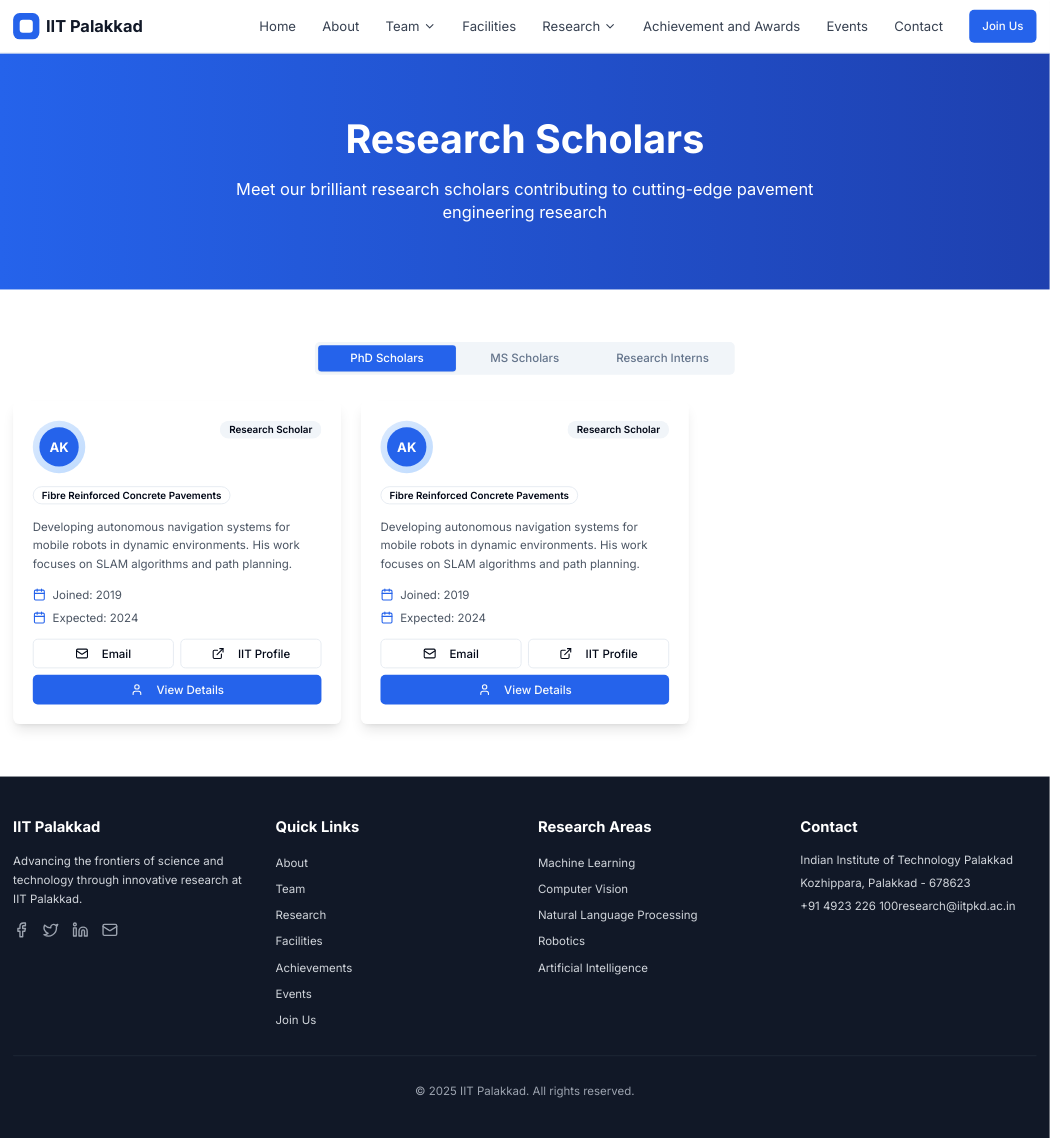
Repository: Gopikrish-30/ARISE
Page: /team/scholars
The author's editor kept a copy of each file at every save. The page is drawn from the files as they stood at one save, then again after a run of saves.
The browser window is 1280 px wide. The pictures show the whole page, at 82% of full size.
The project was rebuilt for these pictures with package versions that can differ from the ones it lists, and the page was loaded fresh each time. The framework's server and built-in components were replaced by stand-ins that run in the browser. Also part of the build but not shown: next.config.mjs, components/ui/dialog.tsx.

Above is the page before, as saved 2025-06-22 23:55:33.

### app/layout.tsx
import type React from "react"
import type { Metadata } from "next"
import { Inter } from "next/font/google"
import "./globals.css"
import { Navbar } from "@/components/navbar"
import { Footer } from "@/components/footer"

const inter = Inter({ subsets: ["latin"] })

export const metadata: Metadata = {
  title: "IIT Palakkad - Department Showcase",
  description: "Advancing the frontiers of science and technology through innovative research at IIT Palakkad",
}

export default function RootLayout({
  children,
}: {
  children: React.ReactNode
}) {
  return (
    <html lang="en">
      <body className={inter.className}>
        <Navbar />
        <main className="min-h-screen">{children}</main>
        <Footer />
      </body>
    </html>
  )
}

### app/team/scholars/page.tsx
import { ResearchScholarsGrid } from "@/components/research-scholars-grid"

export default function ScholarsPage() {
  return (
    <div className="bg-white min-h-screen">
      {/* Hero Section */}
      <section className="bg-gradient-to-r from-blue-600 to-blue-800 text-white py-20">
        <div className="container mx-auto px-4 text-center">
          <h1 className="text-4xl md:text-5xl font-bold mb-6">Research Scholars</h1>
          <p className="text-xl max-w-3xl mx-auto">
            Meet our brilliant research scholars contributing to cutting-edge pavement engineering research
          </p>
        </div>
      </section>

      {/* Scholars Content */}
      <section className="py-16">
        <div className="container mx-auto px-4">
          <ResearchScholarsGrid />
        </div>
      </section>
    </div>
  )
}

### app/globals.css
@tailwind base;
@tailwind components;
@tailwind utilities;

@layer base {
  :root {
    --background: 0 0% 100%;
    --foreground: 222.2 84% 4.9%;
    --card: 0 0% 100%;
    --card-foreground: 222.2 84% 4.9%;
    --popover: 0 0% 100%;
    --popover-foreground: 222.2 84% 4.9%;
    --primary: 221.2 83.2% 53.3%;
    --primary-foreground: 210 40% 98%;
    --secondary: 210 40% 96%;
    --secondary-foreground: 222.2 84% 4.9%;
    --muted: 210 40% 96%;
    --muted-foreground: 215.4 16.3% 46.9%;
    --accent: 210 40% 96%;
    --accent-foreground: 222.2 84% 4.9%;
    --destructive: 0 84.2% 60.2%;
    --destructive-foreground: 210 40% 98%;
    --border: 214.3 31.8% 91.4%;
    --input: 214.3 31.8% 91.4%;
    --ring: 221.2 83.2% 53.3%;
    --radius: 0.5rem;
  }

  .dark {
    --background: 222.2 84% 4.9%;
    --foreground: 210 40% 98%;
    --card: 222.2 84% 4.9%;
    --card-foreground: 210 40% 98%;
    --popover: 222.2 84% 4.9%;
    --popover-foreground: 210 40% 98%;
    --primary: 217.2 91.2% 59.8%;
    --primary-foreground: 222.2 84% 4.9%;
    --secondary: 217.2 32.6% 17.5%;
    --secondary-foreground: 210 40% 98%;
    --muted: 217.2 32.6% 17.5%;
    --muted-foreground: 215 20.2% 65.1%;
    --accent: 217.2 32.6% 17.5%;
    --accent-foreground: 210 40% 98%;
    --destructive: 0 62.8% 30.6%;
    --destructive-foreground: 210 40% 98%;
    --border: 217.2 32.6% 17.5%;
    --input: 217.2 32.6% 17.5%;
    --ring: 224.3 76.3% 94.1%;
  }
}

@layer base {
  * {
    @apply border-border;
  }
  body {
    @apply bg-background text-foreground;
  }
}

@layer utilities {
  .line-clamp-3 {
    display: -webkit-box;
    -webkit-line-clamp: 3;
    -webkit-box-orient: vertical;
    overflow: hidden;
  }
}

### components/research-scholars-grid.tsx
"use client"

import { useState } from "react"
import { Tabs, TabsContent, TabsList, TabsTrigger } from "@/components/ui/tabs"
import { Card, CardContent } from "@/components/ui/card"
import { Badge } from "@/components/ui/badge"
import { Button } from "@/components/ui/button"
import { Dialog, DialogContent, DialogHeader, DialogTitle, DialogTrigger } from "@/components/ui/dialog"
import { Mail, Calendar, ExternalLink, Phone, MapPin, User } from "lucide-react"

export function ResearchScholarsGrid() {
  const [selectedScholar, setSelectedScholar] = useState<any>(null)

  const phdScholars = [
    {
      name: "Ajeesh K",
      role: "Research Scholar",
      interests: ["Fibre Reinforced Concrete Pavements"],
      joiningDate: "2019",
      expectedCompletion: "2024",
      bio: "Developing autonomous navigation systems for mobile robots in dynamic environments. His work focuses on SLAM algorithms and path planning.",
      email: "101914001@smail.iitpkd.ac.in",
      phone: "+91 9876543210",
      iitProfile: "https://iitpkd.ac.in/people/101914001",

    },

    {
      name: "Ajeesh K",
      role: "Research Scholar",
      interests: ["Fibre Reinforced Concrete Pavements"],
      joiningDate: "2019",
      expectedCompletion: "2024",
      bio: "Developing autonomous navigation systems for mobile robots in dynamic environments. His work focuses on SLAM algorithms and path planning.",
      email: "101914001@smail.iitpkd.ac.in",
      phone: "+91 9876543210",
      iitProfile: "https://iitpkd.ac.in/people/101914001",

    },
  ]

  const msScholars = [
    {
      name: "Rahul Gupta",
      role: "MS Scholar",
      interests: ["Robotics", "Control Systems", "Autonomous Navigation"],
      joiningDate: "July 2023",
      expectedCompletion: "June 2025",
      bio: "Developing autonomous navigation systems for mobile robots in dynamic environments. His work focuses on SLAM algorithms and path planning.",
      email: "rahul.gupta@iitpkd.ac.in",
      phone: "+91 9876543212",
      office: "Room 201, Robotics Lab",
      supervisor: "Dr. Priya Sharma",
      iitProfile: "https://iitpkd.ac.in/students/rahul-gupta",
      publications: 2,
      conferences: 4,
    },
    {
      name: "Kavya Nair",
      role: "MS Scholar",
      interests: ["Machine Learning", "Data Mining", "Anomaly Detection"],
      joiningDate: "January 2023",
      expectedCompletion: "December 2024",
      bio: "Research on anomaly detection in large-scale distributed systems. She is developing novel algorithms for real-time anomaly detection.",
      email: "kavya.nair@iitpkd.ac.in",
      phone: "+91 9876543213",
      office: "Room 202, CS Lab",
      supervisor: "Dr. Rajesh Kumar",
      iitProfile: "https://iitpkd.ac.in/students/kavya-nair",
      publications: 1,
      conferences: 3,
    },
  ]

  const interns = [
    {
      name: "Arjun Singh",
      role: "Research Intern",
      interests: ["Computer Vision", "Image Processing", "Autonomous Vehicles"],
      joiningDate: "May 2024",
      duration: "6 months",
      bio: "Summer intern working on object detection algorithms for autonomous vehicles. He is developing real-time detection systems.",
      email: "arjun.singh@iitpkd.ac.in",
      phone: "+91 9876543214",
      office: "Room 101, CV Lab",
      supervisor: "Dr. Rajesh Kumar",
      iitProfile: "https://iitpkd.ac.in/interns/arjun-singh",
      university: "NIT Calicut",
    },
    {
      name: "Meera Krishnan",
      role: "Research Intern",
      interests: ["AI", "Machine Learning", "Healthcare AI"],
      joiningDate: "June 2024",
      duration: "4 months",
      bio: "Undergraduate intern exploring applications of AI in healthcare diagnostics. She is working on diagnostic image analysis.",
      email: "meera.krishnan@iitpkd.ac.in",
      phone: "+91 9876543215",
      office: "Room 102, AI Lab",
      supervisor: "Dr. Veena Venudharan",
      iitProfile: "https://iitpkd.ac.in/interns/meera-krishnan",
      university: "IIIT Hyderabad",
    },
  ]

  const handleEmailClick = (email: string, name: string) => {
    window.location.href = `mailto:${email}?subject=Research Collaboration Inquiry&body=Dear ${name},%0D%0A%0D%0AI am writing to inquire about your research work...`
  }

  const handleProfileClick = (profileUrl: string) => {
    window.open(profileUrl, "_blank")
  }

  const ScholarCard = ({ scholar, showCompletion = true }: { scholar: any; showCompletion?: boolean }) => (
    <Card className="group overflow-hidden hover:shadow-xl transition-all duration-300 transform hover:-translate-y-1 border-0 shadow-lg">
      <CardContent className="p-6">
        <div className="flex items-start justify-between mb-4">
          <div className="w-16 h-16 bg-gradient-to-br from-blue-100 to-blue-200 rounded-full flex items-center justify-center group-hover:scale-110 transition-transform duration-300">
            <div className="w-12 h-12 bg-blue-600 rounded-full flex items-center justify-center text-white font-bold">
              {scholar.name
                .split(" ")
                .map((n: string) => n[0])
                .join("")}
            </div>
          </div>
          <Badge variant="secondary" className="group-hover:bg-blue-100 transition-colors">
            {scholar.role}
          </Badge>
        </div>


        <div className="flex flex-wrap gap-1 mb-4">
          {scholar.interests.slice(0, 2).map((interest: string, idx: number) => (
            <Badge key={idx} variant="outline" className="text-xs hover:bg-blue-50 transition-colors">
              {interest}
            </Badge>
          ))}
          {scholar.interests.length > 2 && (
            <Badge variant="outline" className="text-xs hover:bg-blue-50 transition-colors">
              +{scholar.interests.length - 2} more
            </Badge>
          )}
        </div>

        <p className="text-gray-600 text-sm mb-4 leading-relaxed line-clamp-3">{scholar.bio}</p>

        <div className="space-y-2 mb-4 text-sm text-gray-600">
          <div className="flex items-center">
            <Calendar className="w-4 h-4 mr-2 text-blue-600" />
            <span>Joined: {scholar.joiningDate}</span>
          </div>
          {showCompletion && scholar.expectedCompletion && (
            <div className="flex items-center">
              <Calendar className="w-4 h-4 mr-2 text-blue-600" />
              <span>Expected: {scholar.expectedCompletion}</span>
            </div>
          )}
          {scholar.duration && (
            <div className="flex items-center">
              <Calendar className="w-4 h-4 mr-2 text-blue-600" />
              <span>Duration: {scholar.duration}</span>
            </div>
          )}
        </div>

        <div className="flex flex-col gap-2">
          <div className="flex gap-2">
            <Button
              variant="outline"
              size="sm"
              className="flex-1 hover:bg-blue-50 hover:border-blue-300 transition-all duration-200"
              onClick={() => handleEmailClick(scholar.email, scholar.name)}
            >
              <Mail className="w-4 h-4 mr-2" />
              Email
            </Button>
            <Button
              variant="outline"
              size="sm"
              className="flex-1 hover:bg-green-50 hover:border-green-300 transition-all duration-200"
              onClick={() => handleProfileClick(scholar.iitProfile)}
            >
              <ExternalLink className="w-4 h-4 mr-2" />
              IIT Profile
            </Button>
          </div>
          <Dialog>
            <DialogTrigger asChild>
              <Button
                size="sm"
                className="w-full bg-blue-600 hover:bg-blue-700 transform hover:scale-105 transition-all duration-200"
                onClick={() => setSelectedScholar(scholar)}
              >
                <User className="w-4 h-4 mr-2" />
                View Details
              </Button>
            </DialogTrigger>
          </Dialog>
        </div>
      </CardContent>
    </Card>
  )

  return (
    <>
      <Tabs defaultValue="phd" className="w-full">
        <TabsList className="grid w-full grid-cols-3 max-w-lg mx-auto mb-8">
          <TabsTrigger value="phd" className="data-[state=active]:bg-blue-600 data-[state=active]:text-white">
            PhD Scholars
          </TabsTrigger>
          <TabsTrigger value="ms" className="data-[state=active]:bg-blue-600 data-[state=active]:text-white">
            MS Scholars
          </TabsTrigger>
          <TabsTrigger value="interns" className="data-[state=active]:bg-blue-600 data-[state=active]:text-white">
            Research Interns
          </TabsTrigger>
        </TabsList>

        <TabsContent value="phd">
          <div className="grid md:grid-cols-2 lg:grid-cols-3 gap-6">
            {phdScholars.map((scholar, index) => (
              <ScholarCard key={index} scholar={scholar} />
            ))}
          </div>
        </TabsContent>

        <TabsContent value="ms">
          <div className="grid md:grid-cols-2 lg:grid-cols-3 gap-6">
            {msScholars.map((scholar, index) => (
              <ScholarCard key={index} scholar={scholar} />
            ))}
          </div>
        </TabsContent>

        <TabsContent value="interns">
          <div className="grid md:grid-cols-2 lg:grid-cols-3 gap-6">
            {interns.map((scholar, index) => (
              <ScholarCard key={index} scholar={scholar} showCompletion={false} />
            ))}
          </div>
        </TabsContent>
      </Tabs>

      {/* Scholar Details Modal */}
      {selectedScholar && (
        <Dialog open={!!selectedScholar} onOpenChange={() => setSelectedScholar(null)}>
          <DialogContent className="max-w-3xl max-h-[90vh] overflow-y-auto">
            <DialogHeader>
              <DialogTitle className="text-2xl font-bold text-blue-600">{selectedScholar.name}</DialogTitle>
            </DialogHeader>

            <div className="grid md:grid-cols-3 gap-6">
              <div className="md:col-span-1">
                <div className="bg-gradient-to-br from-blue-100 to-blue-200 rounded-lg h-48 flex items-center justify-center mb-4">
                  <div className="w-24 h-24 bg-blue-600 rounded-full flex items-center justify-center text-white text-2xl font-bold">
                    {selectedScholar.name
                      .split(" ")
                      .map((n: string) => n[0])
                      .join("")}
                  </div>
                </div>

                <div className="space-y-2">
                  <Button
                    className="w-full bg-blue-600 hover:bg-blue-700"
                    onClick={() => handleProfileClick(selectedScholar.iitProfile)}
                  >
                    <ExternalLink className="w-4 h-4 mr-2" />
                    IIT Profile
                  </Button>
                  <Button
                    variant="outline"
                    className="w-full"
                    onClick={() => handleEmailClick(selectedScholar.email, selectedScholar.name)}
                  >
                    <Mail className="w-4 h-4 mr-2" />
                    Send Email
                  </Button>
                </div>
              </div>

              <div className="md:col-span-2">
                <Badge className="mb-4 bg-blue-100 text-blue-800">{selectedScholar.role}</Badge>

                <div className="space-y-4">
                  <div>
                    <h4 className="font-semibold text-gray-900 mb-2">Research Interests</h4>
                    <div className="flex flex-wrap gap-2">
                      {selectedScholar.interests.map((interest: string, idx: number) => (
                        <Badge key={idx} variant="outline" className="hover:bg-blue-50">
                          {interest}
                        </Badge>
                      ))}
                    </div>
                  </div>

                  <div>
                    <h4 className="font-semibold text-gray-900 mb-2">About</h4>
                    <p className="text-gray-600 leading-relaxed">{selectedScholar.bio}</p>
                  </div>

                  {selectedScholar.publications && (
                    <div className="grid grid-cols-2 gap-4 p-4 bg-gray-50 rounded-lg">
                      <div className="text-center">
                        <div className="text-2xl font-bold text-blue-600">{selectedScholar.publications}</div>
                        <div className="text-sm text-gray-600">Publications</div>
                      </div>
                      <div className="text-center">
                        <div className="text-2xl font-bold text-blue-600">{selectedScholar.conferences}</div>
                        <div className="text-sm text-gray-600">Conferences</div>
                      </div>
                    </div>
                  )}

                  <div className="grid md:grid-cols-2 gap-4 pt-4 border-t">
                    <div className="space-y-2">
                      <div className="flex items-center text-gray-600">
                        <Mail className="w-4 h-4 mr-2" />
                        <span className="text-sm">{selectedScholar.email}</span>
                      </div>
                      <div className="flex items-center text-gray-600">
                        <Phone className="w-4 h-4 mr-2" />
                        <span className="text-sm">{selectedScholar.phone}</span>
                      </div>
                    </div>
                    <div className="space-y-2">
                      <div className="flex items-center text-gray-600">
                        <MapPin className="w-4 h-4 mr-2" />
                        <span className="text-sm">{selectedScholar.office}</span>
                      </div>
                      <div className="flex items-center text-gray-600">
                        <User className="w-4 h-4 mr-2" />
                        <span className="text-sm">Supervisor: {selectedScholar.supervisor}</span>
                      </div>
                    </div>
                  </div>
                </div>
              </div>
            </div>
          </DialogContent>
        </Dialog>
      )}
    </>
  )
}

### components/ui/card.tsx
import * as React from "react"

import { cn } from "@/lib/utils"

const Card = React.forwardRef<
  HTMLDivElement,
  React.HTMLAttributes<HTMLDivElement>
>(({ className, ...props }, ref) => (
  <div
    ref={ref}
    className={cn(
      "rounded-lg border bg-card text-card-foreground shadow-sm",
      className
    )}
    {...props}
  />
))
Card.displayName = "Card"

const CardHeader = React.forwardRef<
  HTMLDivElement,
  React.HTMLAttributes<HTMLDivElement>
>(({ className, ...props }, ref) => (
  <div
    ref={ref}
    className={cn("flex flex-col space-y-1.5 p-6", className)}
    {...props}
  />
))
CardHeader.displayName = "CardHeader"

const CardTitle = React.forwardRef<
  HTMLDivElement,
  React.HTMLAttributes<HTMLDivElement>
>(({ className, ...props }, ref) => (
  <div
    ref={ref}
    className={cn(
      "text-2xl font-semibold leading-none tracking-tight",
      className
    )}
    {...props}
  />
))
CardTitle.displayName = "CardTitle"

const CardDescription = React.forwardRef<
  HTMLDivElement,
  React.HTMLAttributes<HTMLDivElement>
>(({ className, ...props }, ref) => (
  <div
    ref={ref}
    className={cn("text-sm text-muted-foreground", className)}
    {...props}
  />
))
CardDescription.displayName = "CardDescription"

const CardContent = React.forwardRef<
  HTMLDivElement,
  React.HTMLAttributes<HTMLDivElement>
>(({ className, ...props }, ref) => (
  <div ref={ref} className={cn("p-6 pt-0", className)} {...props} />
))
CardContent.displayName = "CardContent"

const CardFooter = React.forwardRef<
  HTMLDivElement,
  React.HTMLAttributes<HTMLDivElement>
>(({ className, ...props }, ref) => (
  <div
    ref={ref}
    className={cn("flex items-center p-6 pt-0", className)}
    {...props}
  />
))
CardFooter.displayName = "CardFooter"

export { Card, CardHeader, CardFooter, CardTitle, CardDescription, CardContent }

### components/ui/badge.tsx
import * as React from "react"
import { cva, type VariantProps } from "class-variance-authority"

import { cn } from "@/lib/utils"

const badgeVariants = cva(
  "inline-flex items-center rounded-full border px-2.5 py-0.5 text-xs font-semibold transition-colors focus:outline-none focus:ring-2 focus:ring-ring focus:ring-offset-2",
  {
    variants: {
      variant: {
        default:
          "border-transparent bg-primary text-primary-foreground hover:bg-primary/80",
        secondary:
          "border-transparent bg-secondary text-secondary-foreground hover:bg-secondary/80",
        destructive:
          "border-transparent bg-destructive text-destructive-foreground hover:bg-destructive/80",
        outline: "text-foreground",
      },
    },
    defaultVariants: {
      variant: "default",
    },
  }
)

export interface BadgeProps
  extends React.HTMLAttributes<HTMLDivElement>,
    VariantProps<typeof badgeVariants> {}

function Badge({ className, variant, ...props }: BadgeProps) {
  return (
    <div className={cn(badgeVariants({ variant }), className)} {...props} />
  )
}

export { Badge, badgeVariants }

Loaded but not shown: lib/utils.ts (common file); tailwind.config.ts (common file); components/ui/dropdown-menu.tsx (200 lines, source omitted); components/navbar.tsx (136 lines, source omitted); components/footer.tsx (144 lines, source omitted); components/ui/button.tsx (56 lines, source omitted); components/ui/tabs.tsx (55 lines, source omitted)

After the next 5 saves:
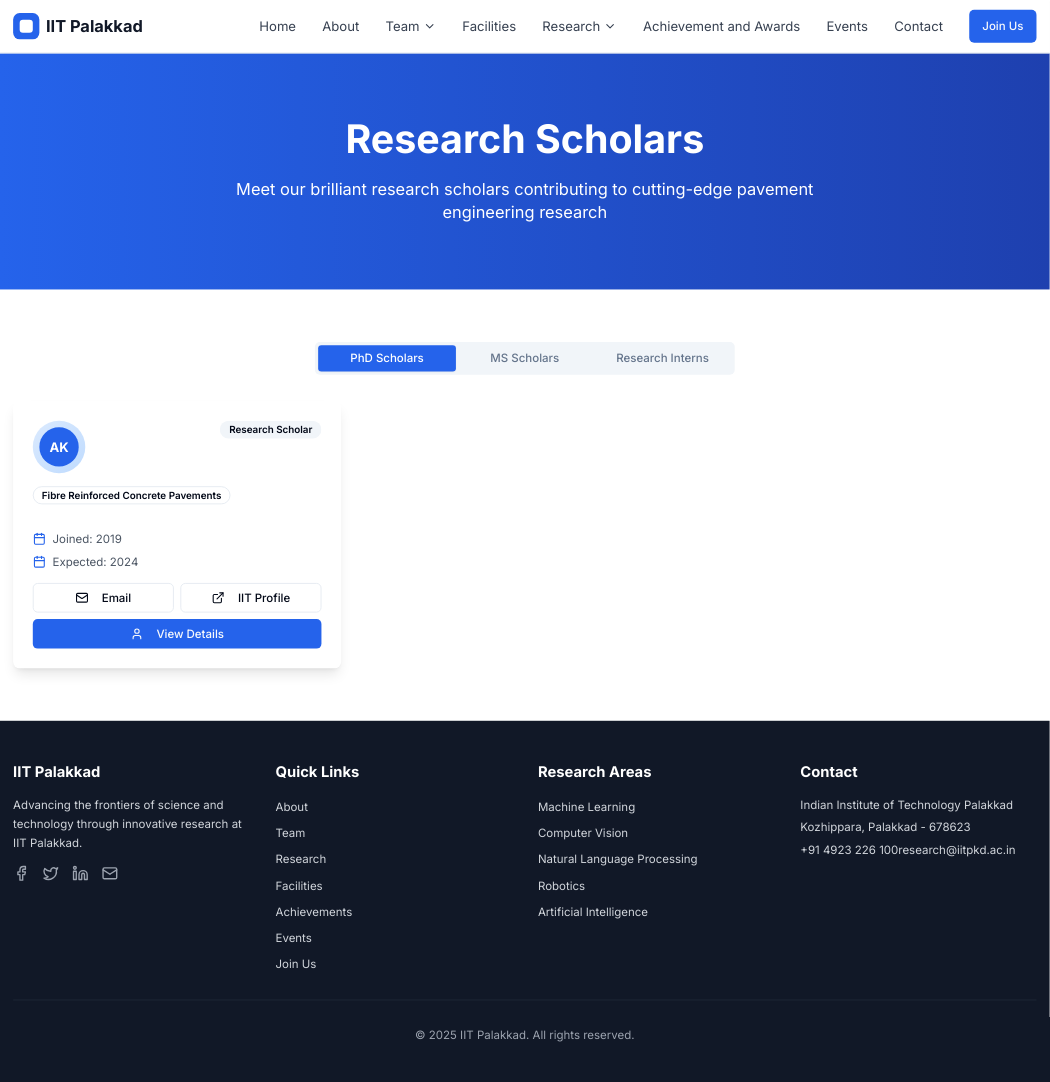
The 5 saves are shown as one change because they came seconds apart.
The last was saved 95 s later.
--- a/components/research-scholars-grid.tsx
+++ b/components/research-scholars-grid.tsx
@@ -18,25 +18,12 @@
       interests: ["Fibre Reinforced Concrete Pavements"],
       joiningDate: "2019",
       expectedCompletion: "2024",
-      bio: "Developing autonomous navigation systems for mobile robots in dynamic environments. His work focuses on SLAM algorithms and path planning.",
       email: "101914001@smail.iitpkd.ac.in",
       phone: "+91 9876543210",
       iitProfile: "https://iitpkd.ac.in/people/101914001",
 
     },
 
-    {
-      name: "Ajeesh K",
-      role: "Research Scholar",
-      interests: ["Fibre Reinforced Concrete Pavements"],
-      joiningDate: "2019",
-      expectedCompletion: "2024",
-      bio: "Developing autonomous navigation systems for mobile robots in dynamic environments. His work focuses on SLAM algorithms and path planning.",
-      email: "101914001@smail.iitpkd.ac.in",
-      phone: "+91 9876543210",
-      iitProfile: "https://iitpkd.ac.in/people/101914001",
-
-    },
   ]
 
   const msScholars = [
